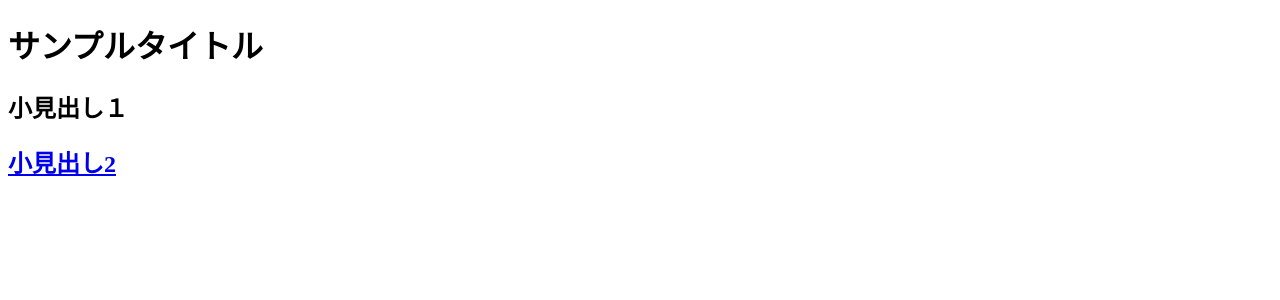
Repository: myojosamurai/Samurai_JS-
Page: javascript1/index9-3.html
The author's editor kept a record of every edit. The page is drawn from the files as they stood at one moment, then again after the next edit.
The browser window is 1280 px wide. The pictures show the whole page.

Above is the page before.

### javascript1/index9-3.html
<!DOCTYPE html>
<html lang="ja">
  <head>
    <meta charset="utf-8">
    <title>9.3 HTML要素を作成する</title>
  </head>
<body>
  <h1>サンプルタイトル</h1>
  <h2>小見出し１</h2>

  <script>
      const h2 = document.createElement('h2');// h2要素の生成
      h2.textContent = '小見出し2';// h2要素にテキストを追加
      h2.innerHTML='<a href="#">小見出し2</a>'

      document.body.appendChild(h2);// h2要素をdocumentオブジェクトに追加して表示
  </script>
</body>
</html>

After the next edit:
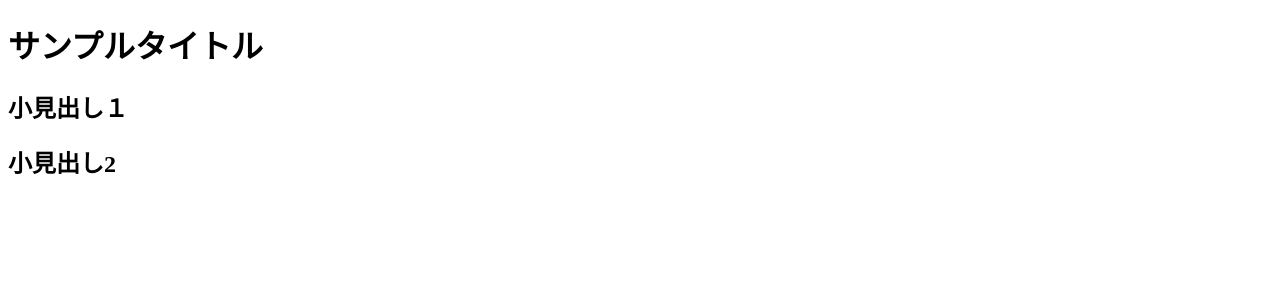
The edit:
--- a/javascript1/index9-3.html
+++ b/javascript1/index9-3.html
@@ -11,7 +11,7 @@
   <script>
       const h2 = document.createElement('h2');// h2要素の生成
       h2.textContent = '小見出し2';// h2要素にテキストを追加
-      h2.innerHTML='<a href="#">小見出し2</a>'
+      //h2.innerHTML='<a href="#">小見出し2</a>'
 
       document.body.appendChild(h2);// h2要素をdocumentオブジェクトに追加して表示
   </script>
